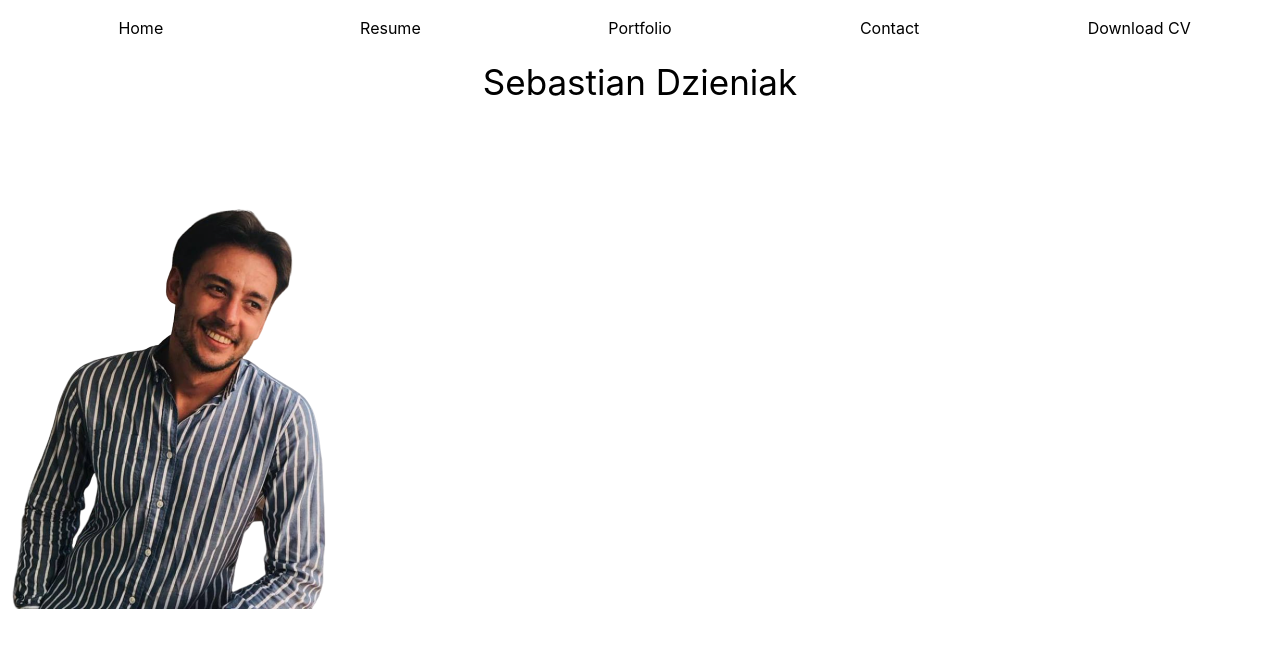
Repository: Code-Institute-Submissions/sebson1990-portfolio.sebastian
Page: index.html
The author's editor kept a record of every edit. The page is drawn from the files as they stood at one moment, then again after the next edit.
The browser window is 1280 px wide. The pictures show the whole page.

Above is the page before.

### index.html
<!DOCTYPE html>
<html lang="en">

<head>
    <meta charset="UTF-8">
    <meta name="viewport" content="width=device-width, initial-scale=1.0">
    <meta http-equiv="X-UA-Compatible" content="ie=edge">
    <title>Portfolio Sebastian Dzieniak</title>
    <link rel="stylesheet" href="https://stackpath.bootstrapcdn.com/bootstrap/4.3.1/css/bootstrap.min.css" type="text/css">
    <link rel="stylesheet" href="css/style.css" type="text/css" />
</head>

<body>
    <ul class="nav nav-pills nav-justified navbar">
        <li class="nav-item nav-blocks">
            <a class="nav-link menu-item" href="#">Home</a>
        </li>
        <li class="nav-item nav-blocks">
            <a class="nav-link menu-item" href="#">Resume</a>
        </li>
        <li class="nav-item nav-blocks">
            <a class="nav-link menu-item" href="#">Portfolio</a>
        </li>
        <li class="nav-item nav-blocks">
            <a class="nav-link menu-item" href="#">Contact</a>
        </li>
        <li class="nav-item nav-blocks">
            <a class="nav-link menu-item" href="#">Download CV</a>
        </li>
    </ul>
    <row>
        <div class="col-12 logo">Sebastian Dzieniak</div>
    </row>
    <div>
        <img class="profilepic" src="assets/profile3.png" alt="profile picture">
    </div>
    </section>
</body>

</html>

### css/style.css

/*-------------------navbar*/
.logo {
    font-size: 35px;
    color: black;
    text-align: center;
}

.menu-item {
    color: black;
}

.navbar{
    text-align: center;
}

After the next edit:
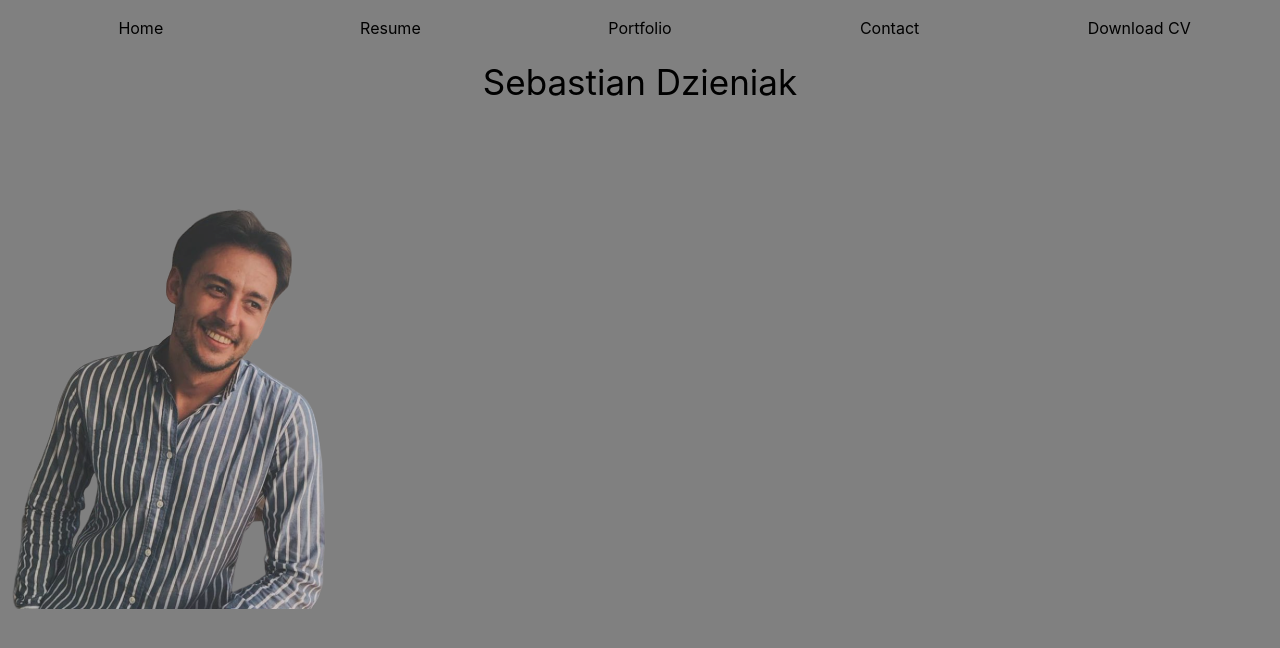
The edit:
--- a/css/style.css
+++ b/css/style.css
@@ -13,3 +13,14 @@
 .navbar{
     text-align: center;
 }
+
+body {
+    background-color: grey;
+}
+
+.profilepic {
+    opacity: 0.7;
+    background-position: right 300px;
+    background-repeat: no-repeat;
+    position: absolute;
+}
